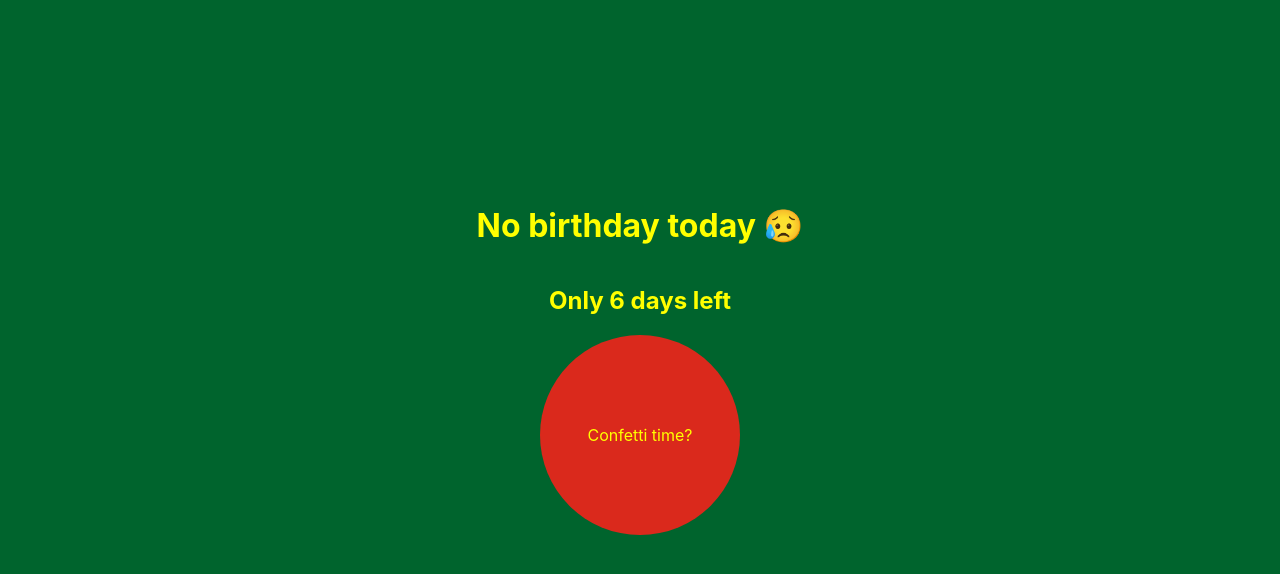
Repository: David-Waite/HannahsBirthdayWebsite
Page: /
An editor plug-in stored every save of this project. The page is shown before and after the next save, followed by the edit.
The browser window is 1280 px wide. The pictures show the whole page.
The project was rebuilt for these pictures with package versions that can differ from the ones it lists, and the page was loaded fresh each time.

Above is the page before, as saved 2023-03-30 18:27:56.

### src/index.css
body {
  margin: 0;
  font-family: -apple-system, BlinkMacSystemFont, "Segoe UI", "Roboto", "Oxygen",
    "Ubuntu", "Cantarell", "Fira Sans", "Droid Sans", "Helvetica Neue",
    sans-serif;
  -webkit-font-smoothing: antialiased;
  -moz-osx-font-smoothing: grayscale;
}

.App {
  width: 100vw;
  height: 100vh;
  display: flex;
  flex-direction: column;
  align-items: center;
  justify-content: center;
  background-color: #00642d;
  color: rgb(255, 255, 0);
}

.buttonCon {
  display: flex;
  align-items: center;
  justify-content: center;
  height: 200px;
  width: 200px;
  overflow: hidden;
  background-color: #da291c;
  border-radius: 50%;
}
button {
  border: none;
  width: 100%;

  background-color: white;
  color: black;
  font-size: 30px;
  padding: 0;

  letter-spacing: -1.3px;
}
button p {
  padding: 0;
}

### src/App.js
import "./App.css";

import Confetti from "react-confetti";

import { useState } from "react";

function App() {
  const [confetti, setConfetti] = useState(null);
  const [buttonText, setButtonText] = useState("Confetti time?");
  function isBirthdayToday() {
    const date = new Date();
    if (date.getMonth() === 3 && date.getDate() === 5) {
      return true;
    }
    return false;
  }

  function rainConfetti() {
    if (isBirthdayToday()) {
      setConfetti(true);
      setButtonText("Confetti time!");
    } else {
      setButtonText("no");
    }
  }

  function getDaysUntilBirthday() {
    const date = new Date();
    const hannahBday = new Date(date.getFullYear(), 3, 5);
    const hannahBdayNextYear = new Date(date.getFullYear() + 1, 3, 5);
    const oneDay = 1000 * 60 * 60 * 24;

    let daysUntilBirthday;
    if (hannahBday < date) {
      daysUntilBirthday =
        Math.ceil(hannahBdayNextYear.getTime() - date.getTime()) / oneDay;
    } else {
      daysUntilBirthday =
        Math.ceil(hannahBday.getTime() - date.getTime()) / oneDay;
    }

    return daysUntilBirthday;
  }

  // 5th april
  let birthdayText;
  if (isBirthdayToday()) {
    birthdayText = <h1>Happy birthday!🥳</h1>;
  } else {
    birthdayText = (
      <>
        <h1>No birthday today 😥</h1>
        <h2>Only {Math.ceil(getDaysUntilBirthday())} days left</h2>
      </>
    );
  }
  console.log(isBirthdayToday());
  const date = new Date();

  return (
    <div className="App">
      {confetti && <Confetti />}

      {birthdayText}
      <div className="buttonCon">
        <p onClick={rainConfetti}>{buttonText}</p>
      </div>
    </div>
  );
}

export default App;

Loaded but not shown: public/index.html (common file); src/index.js (common file); src/reportWebVitals.js (common file); src/App.css (common file)

After the next save:
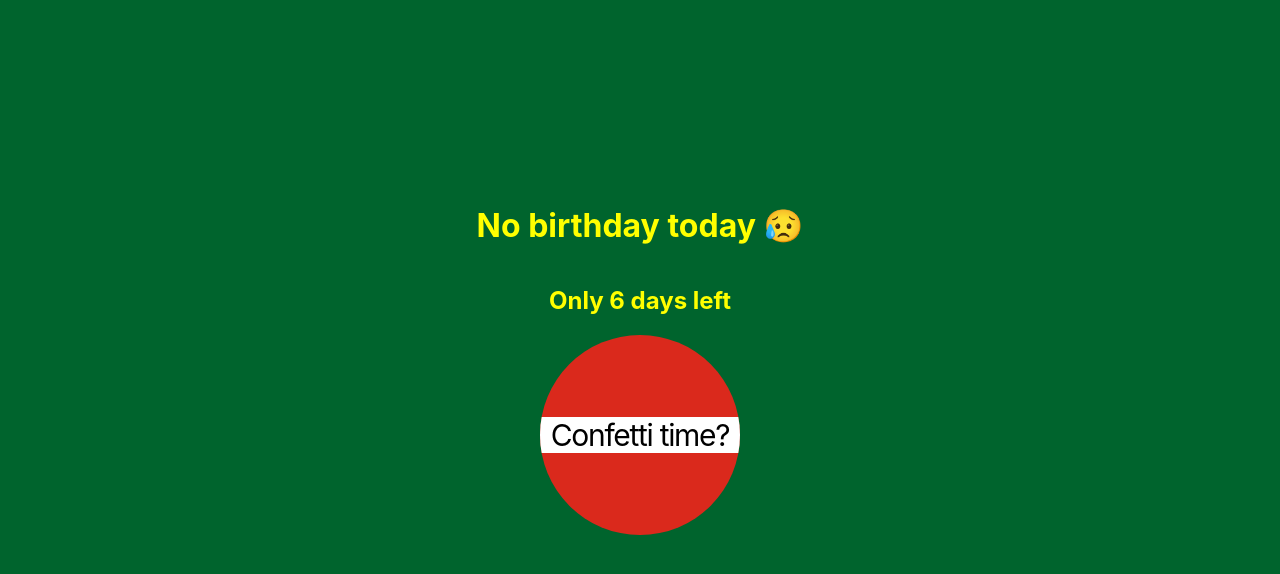
Saved 11 s later.
--- a/src/index.css
+++ b/src/index.css
@@ -28,7 +28,7 @@ body {
   background-color: #da291c;
   border-radius: 50%;
 }
-button {
+.buttonCon p {
   border: none;
   width: 100%;
 
